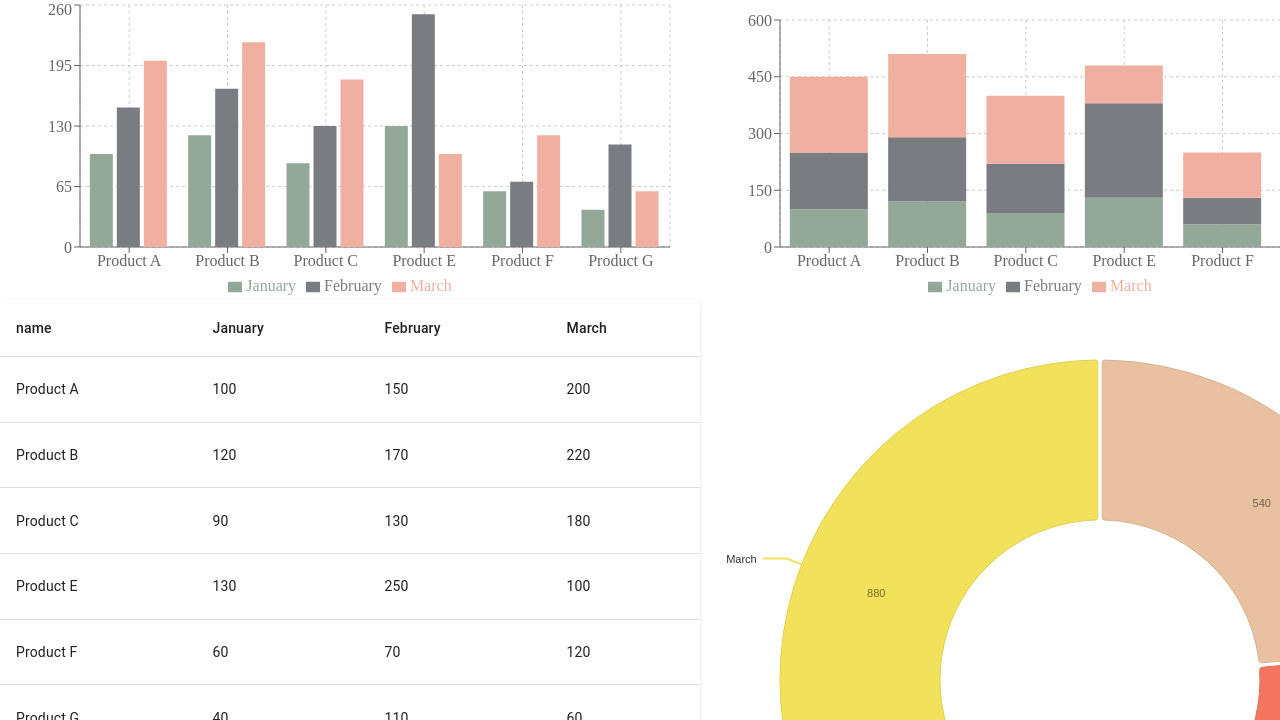
Repository: sagarjain738/test
Page: /
The author's editor kept a copy of each file at every save. The page is drawn from the files as they stood at one save, then again after the next save.
The browser window is 1280 px wide. The pictures show the whole page.
The project was rebuilt for these pictures with package versions that can differ from the ones it lists, and the page was loaded fresh each time. Also part of the build but not shown: vite.config.js, src/index.css.

Above is the page before, as saved 2024-01-20 23:47:04.

After the next save:
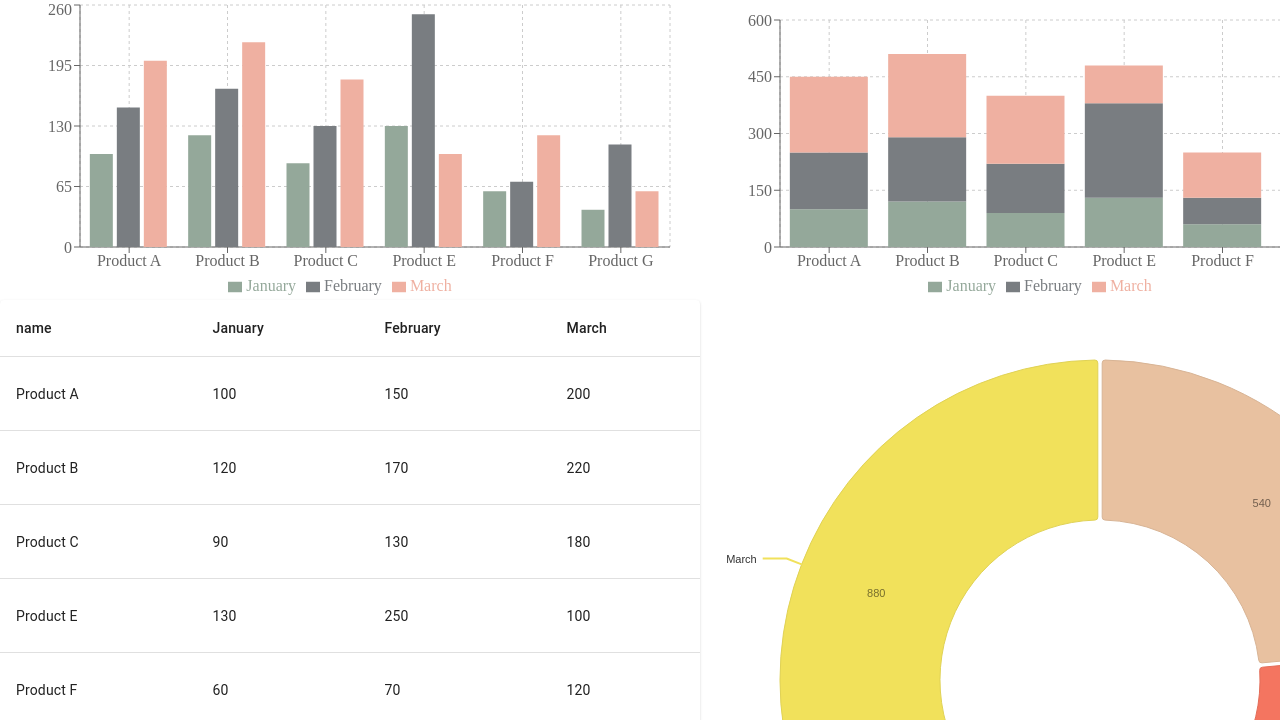
Saved 20 s later.
--- a/src/components/Table.jsx
+++ b/src/components/Table.jsx
@@ -10,7 +10,13 @@ export default function BasicTable({ records, monthNames }) {
   return (
     <TableContainer component={Paper}>
       <Table
-        sx={{ minWidth: 450, maxWidth: 850, minHeight: 450, maxHeight: 850 }}
+        sx={{
+          minWidth: 450,
+          maxWidth: 850,
+          minHeight: 450,
+          maxHeight: 850,
+          height: 500,
+        }}
         aria-label="simple table"
       >
         <TableHead>
